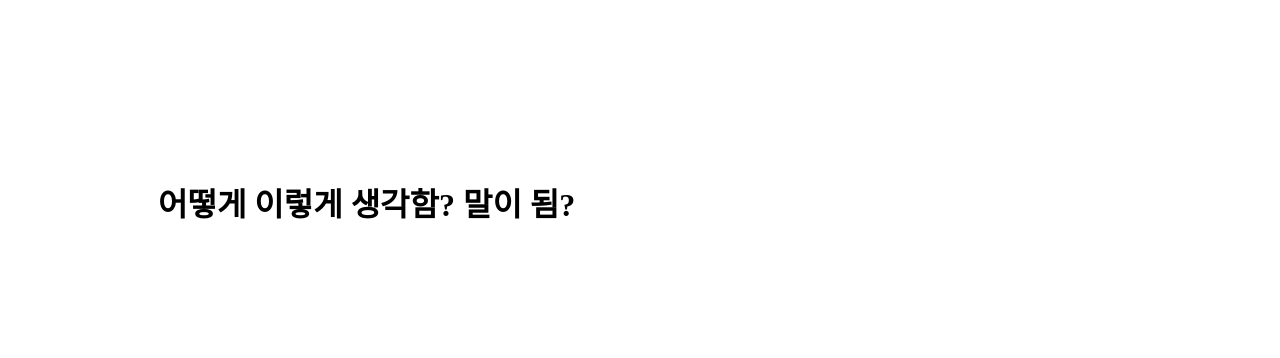
Repository: whgdkfk/web-workspace
Page: BurgerKingProject/src/main/webapp/static/Request_Page.html
These files come from the project's save history. The page is drawn as it stood at one moment and after the next save; the edit follows.
The browser window is 1280 px wide. The pictures show the whole page.

Above is the page before, as saved 2025-03-07 07:17:43.

After the next save:
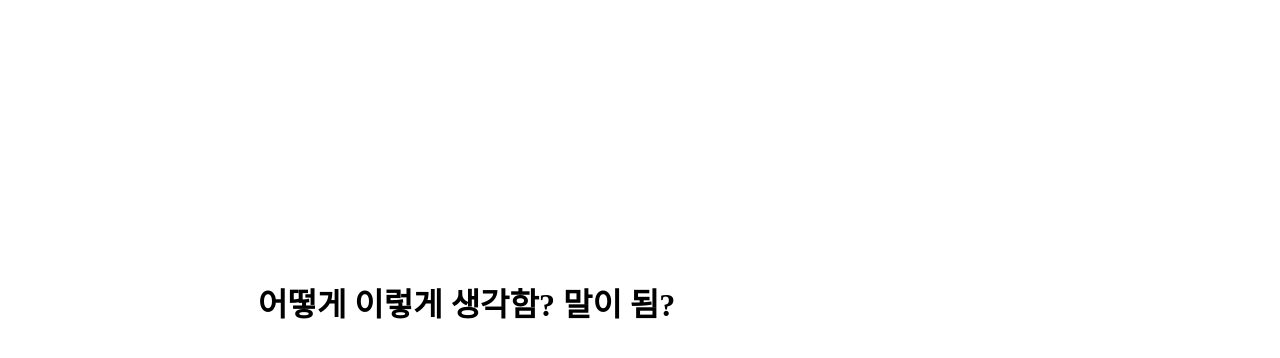
Saved 4 s later.
--- a/BurgerKingProject/src/main/webapp/static/Request_Page.html
+++ b/BurgerKingProject/src/main/webapp/static/Request_Page.html
@@ -5,7 +5,7 @@
 <title>눌렀음</title>
 <style>
 	body {
-		padding: 150px;
+		padding: 250px;
 	}
 </style>
 </head>
